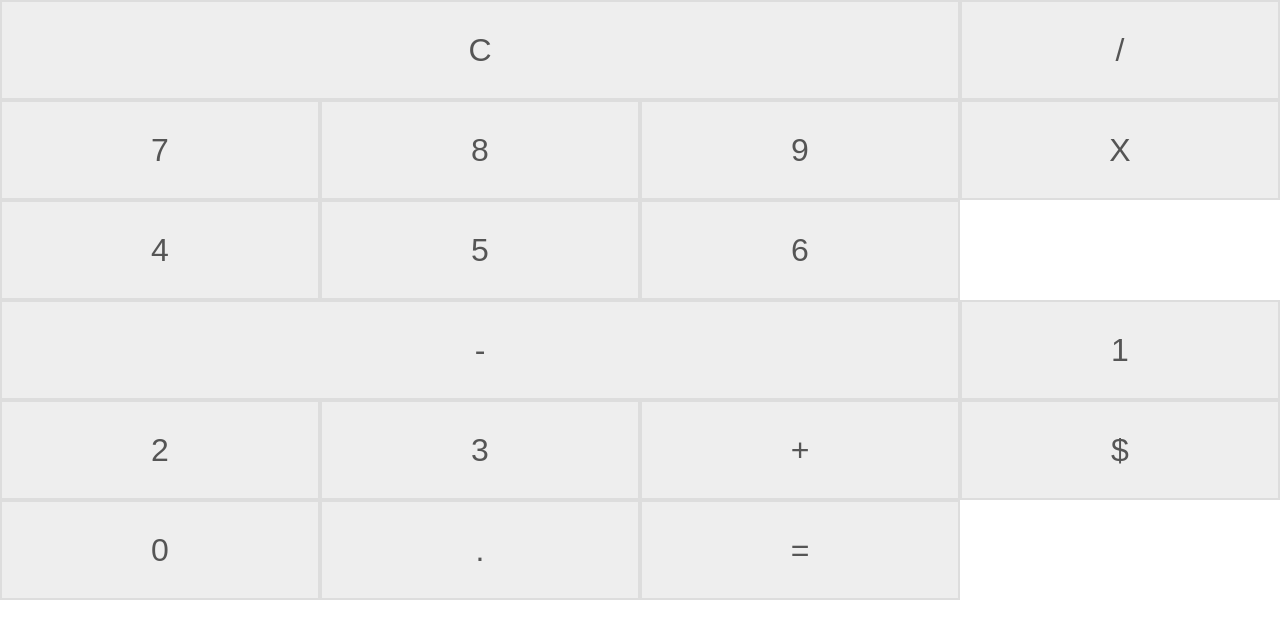
Repository: aaronmatei/react-calc
Page: /
An editor plug-in stored every save of this project. The page is shown before and after the next save, followed by the edit.
The browser window is 1280 px wide. The pictures show the whole page.
The project was rebuilt for these pictures with package versions that can differ from the ones it lists, and the page was loaded fresh each time.

Above is the page before, as saved 2019-12-13 10:58:10.

### src/App.js
import React, { Component } from "react";
import Button from "./components/Button";
import "./css/styles.css";

class App extends Component {
	state = {
		current: "0",
		previous: [],
	};

	reset = () => {
		this.setState({ result: "0" });
	};
	addToCurrent = symbol => {
		this.setState({ current: this.state.current + symbol });
	};

	render() {
		const buttons = [
			{ symbol: "C", cols: 3, action: this.reset },
			{ symbol: "/", cols: 1, action: this.addToCurrent },
			{ symbol: "7", cols: 1, action: this.addToCurrent },
			{ symbol: "8", cols: 1, action: this.addToCurrent },
			{ symbol: "9", cols: 1, action: this.addToCurrent },
			{ symbol: "X", cols: 1, action: this.addToCurrent },
			{ symbol: "4", cols: 1, action: this.addToCurrent },
			{ symbol: "5", cols: 1, action: this.addToCurrent },
			{ symbol: "6", cols: 1, action: this.addToCurrent },
			{ symbol: "-", cols: 3, action: this.addToCurrent },
			{ symbol: "1", cols: 1, action: this.addToCurrent },
			{ symbol: "2", cols: 1, action: this.addToCurrent },
			{ symbol: "3", cols: 1, action: this.addToCurrent },
			{ symbol: "+", cols: 1, action: this.addToCurrent },
			{ symbol: "$", cols: 1, action: this.addToCurrent },
			{ symbol: "0", cols: 1, action: this.addToCurrent },
			{ symbol: ".", cols: 1, action: this.addToCurrent },
			{ symbol: "=", cols: 1, action: this.addToCurrent },
		];
		return (
			<div className='App'>
				{/* <input className='result' type='text' value={this.state.current} onChange={null} /> */}

				{buttons.map((btn, idx) => {
					return (
						<Button key={idx} symbol={btn.symbol} cols={btn.cols} action={symbol => btn.action(symbol)} />
					);
				})}
			</div>
		);
	}
}

export default App;

### src/components/Button.jsx
import React, { Component } from "react";

class Button extends Component {
	render() {
		return (
			<div className={`column-${this.props.cols}`}>
				<button className='calc-button' onClick={() => this.props.action(this.props.symbol)}>
					{this.props.symbol}
				</button>
			</div>
		);
	}
}

export default Button;

### src/css/styles.css
.column-3 {
	width: 75%;
	float: left;
}
.column-2 {
	width: 50%;
	float: left;
}
.column-1 {
	width: 25%;
	float: left;
}
button.calc-button {
	width: 100%;
	height: 100px;
	border: 2px solid #ddd;
	background: #eee;
	font-size: 32px;
	color: #555;
}

Loaded but not shown: src/index.js (common file); src/index.css (common file); src/serviceWorker.js (common file)

After the next save:
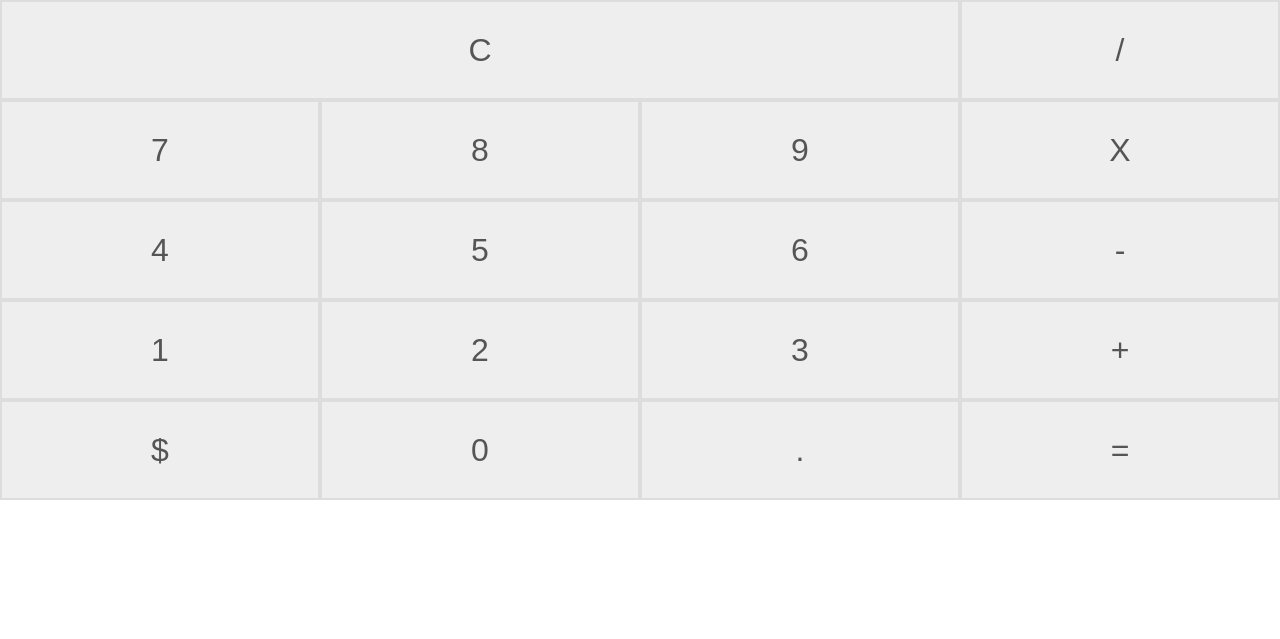
Saved 26 s later.
--- a/src/App.js
+++ b/src/App.js
@@ -26,7 +26,7 @@ class App extends Component {
 			{ symbol: "4", cols: 1, action: this.addToCurrent },
 			{ symbol: "5", cols: 1, action: this.addToCurrent },
 			{ symbol: "6", cols: 1, action: this.addToCurrent },
-			{ symbol: "-", cols: 3, action: this.addToCurrent },
+			{ symbol: "-", cols: 1, action: this.addToCurrent },
 			{ symbol: "1", cols: 1, action: this.addToCurrent },
 			{ symbol: "2", cols: 1, action: this.addToCurrent },
 			{ symbol: "3", cols: 1, action: this.addToCurrent },
